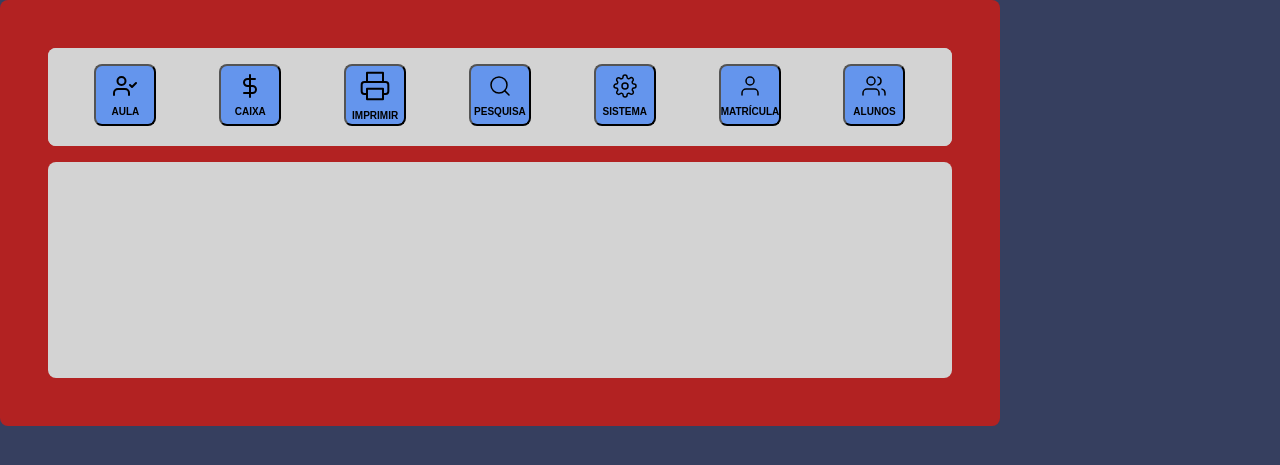
Repository: samantaProspero/projeto_integrador
Page: Versão Atual/PI_Vanila/index.html
The author's editor kept a copy of each file at every save. The page is drawn from the files as they stood at one save, then again after the next save.
The browser window is 1280 px wide. The pictures show the whole page.

Above is the page before, as saved 2021-11-06 12:23:48.
Not found: Versão Atual/PI_Vanila/js/script.js

### Versão Atual/PI_Vanila/index.html
<!DOCTYPE html>
<html lang="pt-BR">
<head>
  <meta charset="UTF-8">
  <meta http-equiv="X-UA-Compatible" content="IE=edge">
  <meta name="viewport" content="width=device-width, initial-scale=1.0">
  <link rel="stylesheet" type="text/css" href="_css/global.css">
  <link rel="stylesheet" type="text/css" href="_css/style.css">
  <title>D Lions</title>
</head>
<body id="home-container">
  <section class="home-content">
    <nav class="home-icons">
      <div class="home-header-painel">
        <div class="home-buttons">
          <button class="icon">
            <img id=logo src="assets/icons/aula.svg">
                <p>AULA</p>
          </button>
          <button class="icon">
            <img id=logo src="assets/icons/dollar.svg">
                <p>CAIXA</p>
          </button>
          <button class="icon">
            <img id=logo src="assets/icons/printer.svg">
                <p>IMPRIMIR</p>
          </button>
          <button class="icon">
            <img id=logo src="assets/icons/search.svg">
                <p>PESQUISA</p>
          </button>
          <button class="icon">
            <img id=logo src="assets/icons/settings.svg">
                <p>SISTEMA</p>
          </button>
          <button class="icon">
            <img id=logo src="assets/icons/user.svg">
                <p>MATRÍCULA</p>
          </button>
          <button class="icon">
            <img id=logo src="assets/icons/users.svg">
                <p>ALUNOS</p>
          </button>
        </div>
      </div>

    </nav>
    <div class="lista-alunos">
      <!-- <form id="form-login" action="">
        <div class="input-container">
          <label for="login">Login: </label>
          <input type="text" name="login" id="login">
        </div>
        <div class="input-container">
          <label for="senha">Senha:</label>
          <input type="text" name="senha" id="senha">
        </div>
        <div id="buttons-div">
        <input type="button" value="Login">
        <input type="button" value="Sair">
        </div>
      </form> -->
    </div>
  </section>
  <script src="js/script.js"></script>
</body>
</html>

    <!-- <Container>
      <Content>
        <Icons>
          <Buttons>
            <button type="button" onClick={()=> {}}>
              <Icon>
                <img src={user} alt="matricula" />
              </Icon>
              <p>MATRÍCULA</p>
            </button>
            <button type="button" onClick={()=> {}}>
              <Icon>
                <img src={users} alt="alunos" />
              </Icon>
              <p>ALUNOS</p>
            </button>
            <button type="button" onClick={()=> {}}>
              <Icon>
                <img src={aula} alt="aula" />
              </Icon>
              <p>AULA</p>
            </button>
            <button type="button" onClick={()=> {}}>
              <Icon>
                <img src={dollar} alt="caixa" />
              </Icon>
              <p>CAIXA</p>
            </button>
            <button type="button" onClick={()=> {}}>
              <Icon>
                <img src={printer} alt="print" />
              </Icon>
              <p>IMPRIMIR</p>
            </button>
            <button type="button" onClick={()=> {}}>
              <Icon>
                <img src={search} alt="pesquisa" />
              </Icon>
              <p>PESQUISA</p>
            </button>
            <button type="button" onClick={()=> {}}>
              <Icon>
                <img src={settings} alt="sistema" />
              </Icon>
              <p>SISTEMA</p>
            </button>
          </Buttons>
        </Icons>
        <ListaAlunos>
          {/* <table>
            <thead>
              <th>Código</th>
              <th>Nome</th>
              <th>Telefone</th>
              <th>Email</th>
            </thead>
            <tbody></tbody>
            <tr>
              <td>{cliente[0].codigo}</td>
              <td>{cliente[0].nome}</td>
              <td>{cliente[0].telefone}</td>
              <td>{cliente[0].email}</td>
            </tr>
            <tr>
              <td>{cliente[1].codigo}</td>
              <td>{cliente[1].nome}</td>
              <td>{cliente[1].telefone}</td>
              <td>{cliente[1].email}</td>
            </tr>
          </table> */}
        </ListaAlunos>
      </Content>
    </Container> -->

### Versão Atual/PI_Vanila/_css/global.css
  :root{
    --red: #E52E4D;
    --green: #33CC95;
    --blue: #5429CC;
    --blue-light: #6933FF;
    --text-title: #363F5F;
    --text-body: #969CB2;
    --background: #f0f2f5;
    --shape: #FFFFFF;
    --primary_dark: #363F5F;
  --secondary_dark: #000000;
    --primary: #FF0000;
    --bg_home: #B22222;
    --bg_cadastro:#A52A2A;
    --icon: #6495ED;
    --bg_frame: #D3D3D3;
  }
  /* font verdana 8 bold */

  *{
    margin: 0;
    padding: 0;
    box-sizing: border-box;
  }

  /* // font-size: 16px (Desktop) */
  html{
    @media (max-width: 1080px){
      font-size: 93.75%; //15px
    }
    @media (max-width: 720px){
      font-size: 87.5%;  //14px
    }
  }
  /* //REM = 1rem = 16px */
  body{
    background: var(--primary_dark);
    -webkit-font-smoothing: antialiased;
  }

  body, input, textarea, button {
    font-family: 'Poppins', sans-serif;
    font-weight: 400;
  }

  h1, h2, h3, h4, h5, h6, strong {
    font-weight: 600;
  }

  button {
    cursor: pointer;
  }



  /* [disabled] {
    opacity: 0.6;
    cursor: not-allowed;
  }

  .react-modal-overlay{
    background: rgba(0,0,0,0.5);
    position: fixed;

    top: 0;
    bottom: 0;
    right: 0;
    left: 0;

    display: flex;
    align-items: center;
    justify-content: center;
  }

  .react-modal-content{
    width: 100%;
    max-width: 576px;
    background: var(--background);
    padding: 3rem;
    position: relative;
    border-radius: 0.25rem;
  }

  .react-modal-close{
    position: absolute;
    right: 1.5rem;
    top: 1.5rem;
    border: 0;
    background: transparent;
    transition: 0.2s; */

    /* &:hover{
      filter: brightness(0.9)
    }
  } */

### Versão Atual/PI_Vanila/_css/style.css
.home-container {
width: 100vw;
height: 100vh;
background-color: rgb(0,0,0,0.8);
display: flex;
/* flex-direction: column; */
align-items: center;
justify-content: center;
}
.home-content {
/* width: 60vw; */
max-width: 1000px;
/* margin: 0 auto; */
display: flex;
flex-direction: column;
justify-content: center;
align-items: center;
padding: 3rem;
border-radius: 8px;
background-color: var(--bg_home);
}
.home-icons {
width: 100%;
/* display: flex; */
/* flex-direction: rows; */
/* justify-content: center; */
/* align-items: flex-start; */
}
.home-header-painel {
  width: 100%;
  background-color: var(--bg_frame);
  display: flex;
  flex-direction: row;
  flex: 1;
  justify-content: space-between;
  align-items: center;
  border-radius: 8px;
}
.home-buttons {
width: 100%;
background-color: var(--bg_frame);
display: flex;
justify-content: space-around;
align-items: flex-start;
padding: 15px;
border-radius:  8px;

padding-top: 0.7rem;
}
.home-buttons button{
  width: 62px;
  height: 62px;
  margin: 5px;
  border-radius:  8px;
  background-color: var(--icon);
}

.home-buttons p{
    font-weight: bold;
    font-size: 10px;
    padding-top: 5px;
  }

.lista-alunos {
width: 100%;
height: 30vh;
background-color: var(--bg_frame);
display: flex;
justify-content: center;
align-items: flex-start;
border-radius: 8px;
margin-top: 1rem;
padding-top: 1rem;
}

After the next save:
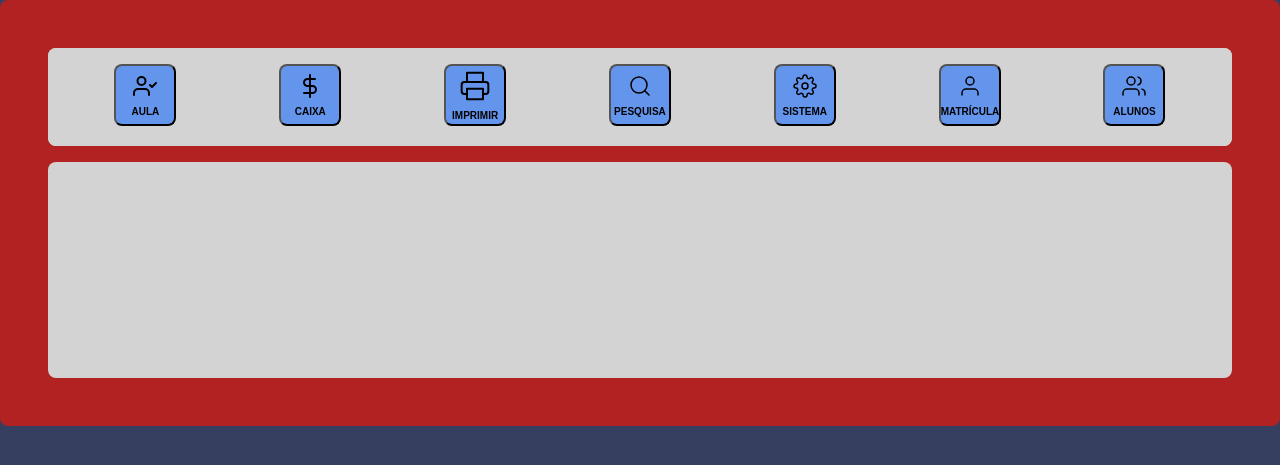
Saved 5 s later.
--- a/Versão Atual/PI_Vanila/_css/style.css
+++ b/Versão Atual/PI_Vanila/_css/style.css
@@ -9,7 +9,7 @@ justify-content: center;
 }
 .home-content {
 /* width: 60vw; */
-max-width: 1000px;
+/* max-width: 1000px; */
 /* margin: 0 auto; */
 display: flex;
 flex-direction: column;
